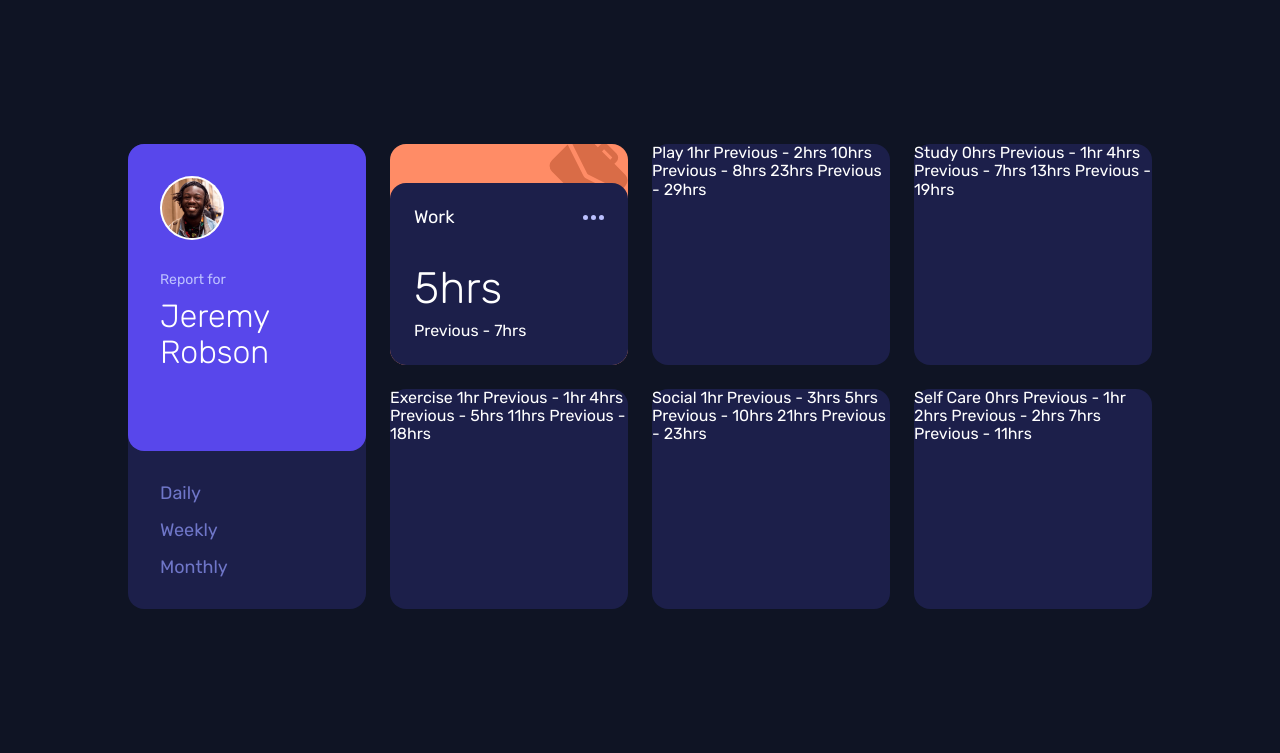
Repository: Jay-JYKim91/FM_time-tracking-dashboard
Page: index.html
These files come from the project's save history. The page is drawn as it stood at one moment and after the next save; the edit follows.
The browser window is 1280 px wide. The pictures show the whole page.

Above is the page before, as saved 2021-12-16 11:40:43.

### index.html
<!DOCTYPE html>
<html lang="en">
<head>
  <meta charset="UTF-8">
  <meta name="viewport" content="width=device-width, initial-scale=1.0"> <!-- displays site properly based on user's device -->

  <link rel="icon" type="image/png" sizes="32x32" href="./images/favicon-32x32.png">

  <title>Time tracking dashboard</title>
  <link rel="stylesheet" href="https://cdnjs.cloudflare.com/ajax/libs/normalize/8.0.1/normalize.min.css" integrity="sha512-NhSC1YmyruXifcj/KFRWoC561YpHpc5Jtzgvbuzx5VozKpWvQ+4nXhPdFgmx8xqexRcpAglTj9sIBWINXa8x5w==" crossorigin="anonymous" referrerpolicy="no-referrer" />
  <link rel="preconnect" href="https://fonts.googleapis.com">
  <link rel="preconnect" href="https://fonts.gstatic.com" crossorigin>
  <link href="https://fonts.googleapis.com/css2?family=Rubik:wght@300;400;500&display=swap" rel="stylesheet">
  <link rel="stylesheet" href="style.css">
  <script src="main.js" defer></script>
</head>
<body>
  <section class="container">
    <article class="card profile-card">
        <div class="profile-card--name">
          <div class="profile-img-box">
            <img src="./images/image-jeremy.png" alt="jeremy" class="profile-img">
          </div>
          <p>Report for</p>
          <p class="name">Jeremy Robson</p>
        </div>
        <ul>
          <li><a href="">Daily</a></li>
          <li><a href="">Weekly</a></li>
          <li><a href="">Monthly</a></li>
        </ul>
    </article>
    <article class="card feature-card work-bg">
      <div class="card feature-card--text">
        <div class="title-wrapper">
          <p class="title">Work</p>
          <img src="./images/icon-ellipsis.svg" alt="ellipsis">
        </div>
        <p class="time">5hrs</p>
        <p>Previous - 7hrs</p>
      </div>

   <!-- daily -->
   <!-- daily -->
  <!-- 32hrs  -->
  <!-- weekly -->
  <!-- Previous - 36hrs  -->
  <!-- weekly -->
  <!-- 103hrs  -->
  <!-- monthly -->
  <!-- Previous - 128hrs  -->
  <!-- monthly -->

    </article>
    <article class="card">
      Play
  1hr <!-- daily -->
  Previous - 2hrs <!-- daily -->
  10hrs <!-- weekly -->
  Previous - 8hrs <!-- weekly -->
  23hrs <!-- monthly -->
  Previous - 29hrs <!-- monthly -->


    </article>
    <article class="card">
      Study
  0hrs <!-- daily -->
  Previous - 1hr <!-- daily -->
  4hrs <!-- weekly -->
  Previous - 7hrs <!-- weekly -->
  13hrs <!-- monthly -->
  Previous - 19hrs <!-- monthly -->


    </article>
    <article class="card">
      Exercise
  1hr <!-- daily -->
  Previous - 1hr <!-- daily -->
  4hrs <!-- weekly -->
  Previous - 5hrs <!-- weekly -->
  11hrs <!-- monthly -->
  Previous - 18hrs <!-- monthly -->


    </article>
    <article class="card">
      Social
  1hr <!-- daily -->
  Previous - 3hrs <!-- daily -->
  5hrs <!-- weekly -->
  Previous - 10hrs <!-- weekly -->
  21hrs <!-- monthly -->
  Previous - 23hrs <!-- monthly -->


    </article>
    <article class="card">
      Self Care
  0hrs <!-- daily -->
  Previous - 1hr <!-- daily -->
  2hrs <!-- weekly -->
  Previous - 2hrs <!-- weekly -->
  7hrs <!-- monthly -->
  Previous - 11hrs <!-- monthly -->
    </article>
  </section>








  <!-- <div class="attribution">
    Challenge by <a href="https://www.frontendmentor.io?ref=challenge" target="_blank">Frontend Mentor</a>.
    Coded by <a href="#">Your Name Here</a>.
  </div> -->
</body>
</html>

### style.css
:root {
  --body-font: "Rubik", sans-serif;

  --blue: hsl(246, 80%, 60%);
  --light-red-work: hsl(15, 100%, 70%);
  --soft-blue-play: hsl(195, 74%, 62%);
  --light-red-study: hsl(348, 100%, 68%);
  --lime-green-exercise: hsl(145, 58%, 55%);
  --violet-social: hsl(264, 64%, 52%);
  --soft-orange: hsl(43, 84%, 65%);
  --very-dark-blue: hsl(226, 43%, 10%);
  --dark-blue: hsl(235, 46%, 20%);
  --desaturated-blue: hsl(235, 45%, 61%);
  --pale-blue: hsl(236, 100%, 87%);
}
body {
  background-color: var(--very-dark-blue);
  color: white;
  font-family: var(--body-font);
}
a {
  text-decoration: none;
  color: white;
}
p {
  margin: 0;
}
.container {
  width: 80vw;
  margin: 20vh auto;
  display: grid;
  grid-template-columns: repeat(4, 1fr);
  gap: 1.5em;
}
.card {
  border-radius: 1em;
  background-color: var(--dark-blue);
}
.profile-card {
  grid-row: 1 / 3;
}
.profile-card ul {
  list-style: none;
  padding-left: 2em;
  margin: 2em 0;
}
.profile-card--name {
  background-color: var(--blue);
  padding: 2em;
  border-radius: 1em;
}
.profile-card--name p {
  color: var(--pale-blue);
  margin: 0;
  font-size: 14px;
}
.profile-card--name .name {
  color: white;
  font-size: 2rem;
  font-weight: 300;
  margin: 0.3em 0 1.5em 0;
}
.profile-img-box {
  width: 64px;
  height: 64px;
  border-radius: 50%;
  background-color: white;
  margin-bottom: 2em;
}
.profile-img {
  width: 60px;
  margin: 2px;
}
.profile-card li {
  margin-bottom: 1em;
}
.profile-card li a {
  font-size: 18px;
  color: var(--desaturated-blue);
}
.feature-card {
  position: relative;
}
.feature-card--text {
  position: absolute;
  bottom: 0;
  width: -webkit-fill-available;
  padding: 1.5em;
}
.title-wrapper {
  display: flex;
  justify-content: space-between;
  align-items: center;
}
.title-wrapper .title {
  font-size: 1.125rem;
  font-weight: 400;
  margin: 0;
}
.title-wrapper img {
  /* height: fit-content; */
}
.time {
  font-size: 2.75rem;
  margin: 0.8em 0 0.2em 0;
  font-weight: 300;
}

.work-bg {
  background-image: url("./images/icon-work.svg");
  background-color: var(--light-red-work);
  background-repeat: no-repeat;
  background-position: top right;
  background-position-y: -10px;
}
@media (min-width: 768px) and (max-width: 1023px) {
}

@media (max-width: 767px) {
}

Loaded but not shown: main.js (empty)

After the next save:
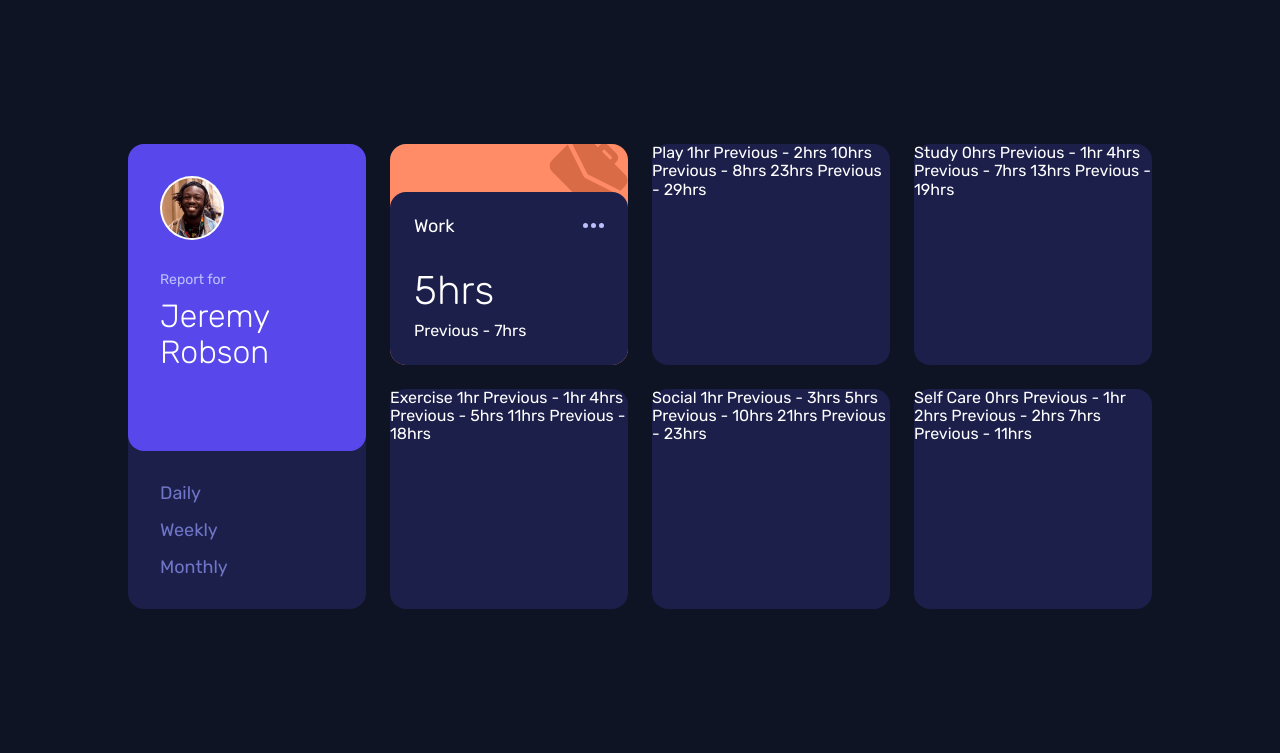
Saved 4 s later.
--- a/style.css
+++ b/style.css
@@ -101,7 +101,7 @@ p {
   /* height: fit-content; */
 }
 .time {
-  font-size: 2.75rem;
+  font-size: 2.5rem;
   margin: 0.8em 0 0.2em 0;
   font-weight: 300;
 }
